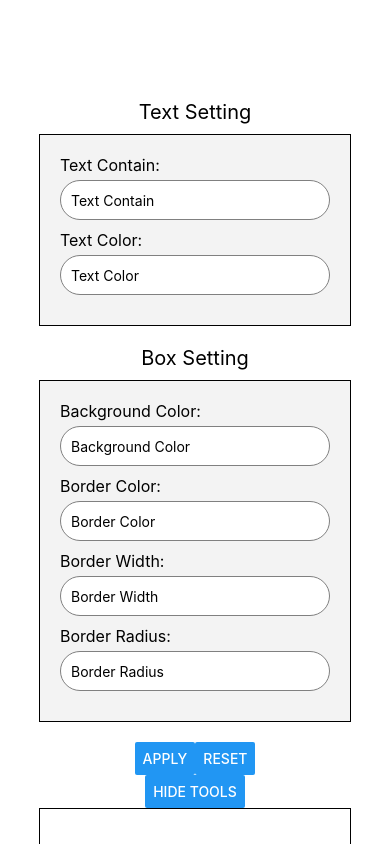
Repository: amirjavadikia/mobile-projectg
Screen: /
An editor plug-in stored every save of this project. The screen is shown before and after the next save, followed by the edit.
An inner scrolling area shows only its first screen. The app was drawn by React Native's web renderer in a window 390 px wide. The project was rebuilt for these pictures with package versions that can differ from the ones it lists, and the page was loaded fresh each time.

Above is the screen before, as saved 2024-05-13 23:09:53.

### App.tsx
//
// => BOXES PROJECT
//

// import React from 'react';
// import { View, Text, StyleSheet } from 'react-native';
// import { FontAwesomeIcon } from '@fortawesome/react-native-fontawesome';
// import { faGear } from '@fortawesome/free-solid-svg-icons/faGear';
// import { faLocationDot } from '@fortawesome/free-solid-svg-icons/faLocationDot';
// import { faAddressBook } from '@fortawesome/free-solid-svg-icons/faAddressBook';


// const MainPage = () => {
//   return (
//     <View style={styles.container}>

//       <View style={[styles.blueBackground]}>
//         <Text style={styles.text}>Welcome to my app!</Text>
//       </View>


//       <View style={[styles.box, styles.purpleBackground]}>
//       <FontAwesomeIcon icon={faLocationDot} />
//         <Text style={styles.text}>Location</Text>
//       </View>


//       <View style={[styles.box, styles.yellowBackground]}>
//       <FontAwesomeIcon icon={faGear} />
//         <Text style={styles.text}>Settings</Text>
//       </View>


//       <View style={[styles.box, styles.redBackground]}>
//       <FontAwesomeIcon icon={faAddressBook} />
//         <Text style={styles.text}>Contacts</Text>
//       </View>

//     </View>
//   );
// };

// const styles = StyleSheet.create({
//   container: {
//     justifyContent: 'center',
//     alignItems: 'center',
//     margin: 10
//   },
//   box: {
//     width: '100%',
//     height: 100,
//     borderRadius: 10,
//     marginBottom: 15,
//     justifyContent: 'center',
//     textAlign: 'center',
//     alignItems: 'center',
//   },
//   blueBackground: {
//     backgroundColor: '#01008A',
//     borderRadius: 30,
//     width: '100%',
//     height: '10%',
//     justifyContent: 'center',
//     alignItems: 'center',
//     marginBottom: 20
//   },
//   purpleBackground: {
//     backgroundColor: '#810081',
//   },
//   yellowBackground: {
//     backgroundColor: '#fea501',
//   },
//   redBackground: {
//     backgroundColor: '#fe0002',
//   },
//   text: {
//     color: 'white',
//     fontSize: 20,
//     marginLeft: 10,
//   },
// });

// export default MainPage;





//
// => MIDTERM PROJECT
//


import React, { useState } from 'react';
import { View, Text, TextInput, StyleSheet, Button, ScrollView } from 'react-native';

const App = () => {
  const [text, setText] = useState('');
  const [showTools, setShowTools] = useState(true);
  const [newText, setNewText] = useState('');
  const [newTextColor, setNewTextColor] = useState('');
  const [newBackgroundColor, setNewBackgroundColor] = useState('');
  const [newBorderColor, setNewBorderColor] = useState('');
  const [newBorderWidth, setNewBorderWidth] = useState('');
  const [newBorderRadius, setNewBorderRadius] = useState('');

  const handleTextChange = (inputText) => {
    setNewText(inputText);
  };

  const handleTextColorChange = (inputText) => {
    setNewTextColor(inputText);
  };

  const handleBackgroundChange = (inputText) => {
    setNewBackgroundColor(inputText);
  };

  const handleBorderColorChange = (inputText) => {
    setNewBorderColor(inputText);
  };

  const handleBorderWidthChange = (inputText) => {
    setNewBorderWidth(inputText);
  };

  const handleBorderRadiusChange = (inputText) => {
    setNewBorderRadius(inputText);
  };

  const handleApplyChanges = () => {
    setText(newText);
    setNewText('');
    setNewBackgroundColor('');
    setNewBorderColor('');
    setNewBorderWidth('');
    setNewBorderRadius('');
  };

  const handleResetChanges = () => {
    setText('');
    setNewText('');
    setNewBackgroundColor('');
    setNewBorderColor('');
    setNewBorderWidth('');
    setNewBorderRadius('');
  };

  const handleToggleTools = () => {
    setShowTools(!showTools);
  };

  return (
    <ScrollView contentContainerStyle={styles.scrollViewContent}>
      <View style={styles.container}>
        {showTools && (
          <>
            <Text style={styles.title}>Text Setting</Text>
            <View style={styles.section}>
              <Text style={styles.label}>Text Contain:</Text>
              <TextInput
                style={styles.input}
                onChangeText={handleTextChange}
                value={newText}
                placeholder="Text Contain"
              />
              <Text style={styles.label}>Text Color:</Text>
              <TextInput
                style={styles.input}
                onChangeText={handleTextColorChange}
                value={newTextColor}
                placeholder="Text Color"
              />
            </View>

            <Text style={styles.title}>Box Setting</Text>
            <View style={styles.section}>
              <Text style={styles.label}>Background Color:</Text>
              <TextInput
                style={styles.input}
                onChangeText={handleBackgroundChange}
                value={newBackgroundColor}
                placeholder="Background Color"
              />
              <Text style={styles.label}>Border Color:</Text>
              <TextInput
                style={styles.input}
                onChangeText={handleBorderColorChange}
                value={newBorderColor}
                placeholder="Border Color"
              />
              <Text style={styles.label}>Border Width:</Text>
              <TextInput
                style={styles.input}
                onChangeText={handleBorderWidthChange}
                value={newBorderWidth}
                placeholder="Border Width"
              />
              <Text style={styles.label}>Border Radius:</Text>
              <TextInput
                style={styles.input}
                onChangeText={handleBorderRadiusChange}
                value={newBorderRadius}
                placeholder="Border Radius"
              />
            </View>

            <View style={styles.buttonGroup}>
              <Button title="Apply" onPress={handleApplyChanges} />
              <Button title="Reset" onPress={handleResetChanges} />
            </View>
          </>
        )}
        <Button title={showTools ? "Hide Tools" : "Show Tools"} onPress={handleToggleTools} />
        <View style={[styles.box, { backgroundColor: newBackgroundColor, borderRadius: parseInt(newBorderRadius) || 0, borderWidth: parseInt(newBorderWidth) || 1, borderColor: newBorderColor  }]}>
          <Text style={[{color: newTextColor}]}>{text}</Text>
        </View>
      </View>
    </ScrollView>
  );
};

const styles = StyleSheet.create({
  scrollViewContent: {
    flexGrow: 1,
  },
  container: {
    flex: 1,
    alignItems: 'center',
    justifyContent: 'center',
    marginTop: 100,
    backgroundColor: '#fff',
  },
  section: {
    width: '80%',
    marginBottom: 20,
    backgroundColor: "#f3f3f3",
    borderWidth: 1,
    padding: 20
  },
  title: {
    fontSize: 20,
    marginBottom: 10,
  },
  label: {
    fontSize: 16,
    marginBottom: 5,
  },
  input: {
    width: '100%',
    height: 40,
    borderWidth: 1,
    borderColor: 'gray',
    marginBottom: 10,
    paddingHorizontal: 10,
    textAlign: 'left',
    borderRadius: 30,
    backgroundColor: "#fff"
  },
  box: {
    width: '80%',
    height: 100,
    backgroundColor: '#fff',
    justifyContent: 'center',
    alignItems: 'center',
  },
  boxText: {

  },
  buttonGroup: {
    flexDirection: 'row',
    justifyContent: 'space-between',
  },
});

export default App;

After the next save:
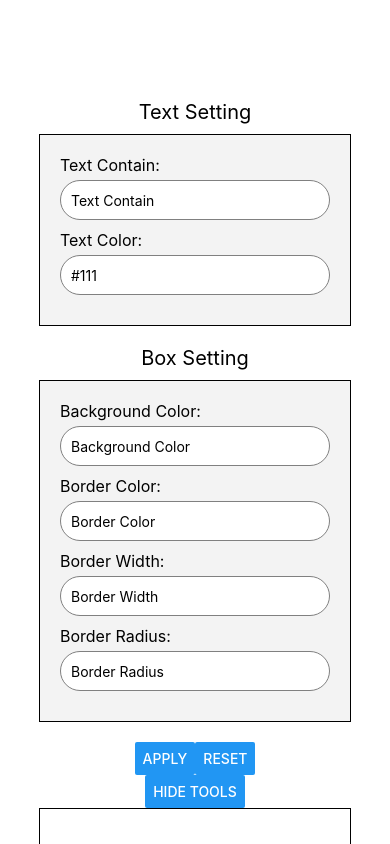
Saved 10 s later.
--- a/App.tsx
+++ b/App.tsx
@@ -98,7 +98,7 @@
   const [text, setText] = useState('');
   const [showTools, setShowTools] = useState(true);
   const [newText, setNewText] = useState('');
-  const [newTextColor, setNewTextColor] = useState('');
+  const [newTextColor, setNewTextColor] = useState('#111');
   const [newBackgroundColor, setNewBackgroundColor] = useState('');
   const [newBorderColor, setNewBorderColor] = useState('');
   const [newBorderWidth, setNewBorderWidth] = useState('');

After the save that followed:
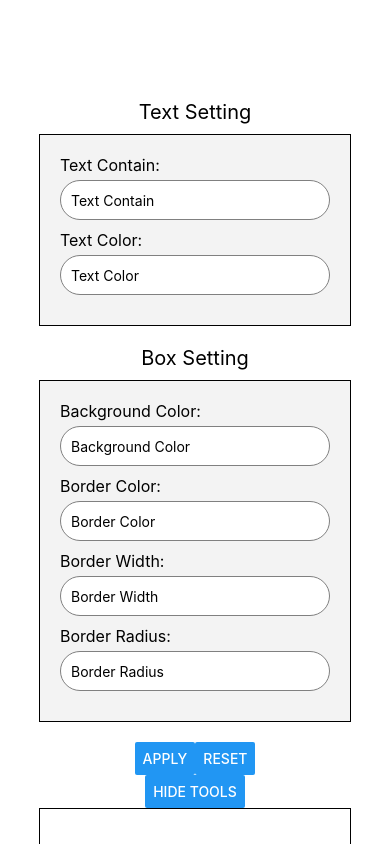
Saved 9 s later.
--- a/App.tsx
+++ b/App.tsx
@@ -98,7 +98,7 @@
   const [text, setText] = useState('');
   const [showTools, setShowTools] = useState(true);
   const [newText, setNewText] = useState('');
-  const [newTextColor, setNewTextColor] = useState('#111');
+  const [newTextColor, setNewTextColor] = useState('');
   const [newBackgroundColor, setNewBackgroundColor] = useState('');
   const [newBorderColor, setNewBorderColor] = useState('');
   const [newBorderWidth, setNewBorderWidth] = useState('');
